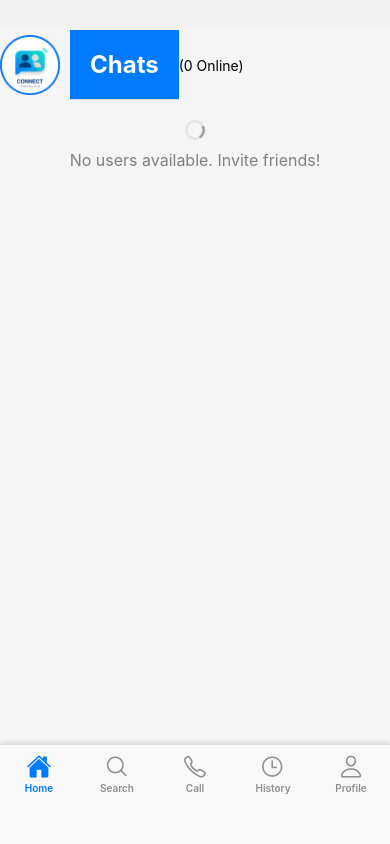
Repository: UdayRaj04/Chatapp_native
Screen: /MainTabs (app in ChatAppFrontend/)
An editor plug-in stored every save of this project. The screen is shown before and after a run of saves, followed by the edit.
The app was drawn by React Native's web renderer in a window 390 px wide. The project was rebuilt for these pictures with package versions that can differ from the ones it lists, and the page was loaded fresh each time. Some packages were replaced by stand-ins written for this rebuild. Also part of the build but not shown: ChatAppFrontend/screens/RegisterScreen.tsx, ChatAppFrontend/screens/ChatScreen.tsx, ChatAppFrontend/screens/SearchScreen.tsx, ChatAppFrontend/screens/AnalyticsScreen.tsx, ChatAppFrontend/screens/HistoryScreen.tsx, ChatAppFrontend/screens/ProfileScreen.tsx.

Above is the screen before, as saved 2025-09-09 17:53:01.

### ChatAppFrontend/App.tsx
import 'react-native-get-random-values';  // Polyfill first
import React from 'react';
import { NavigationContainer } from '@react-navigation/native';
import { createStackNavigator } from '@react-navigation/stack';
import { createBottomTabNavigator } from '@react-navigation/bottom-tabs';
import { Ionicons } from '@expo/vector-icons';
import { LogBox, View } from 'react-native';
import { SafeAreaProvider } from 'react-native-safe-area-context';  // New: For dynamic insets

// Suppress warnings
LogBox.ignoreLogs([
  'Text strings must be rendered within a <Text> component',
  'VirtualizedList: You have a large list that is slow to initial render',
  'Require cycle:',
  /Warning: [A-Za-z ]*Text strings[A-Za-z ]*/,
]);

// Your existing screens
import LoginScreen from './screens/LoginScreen';
import RegisterScreen from './screens/RegisterScreen';
import ChatListScreen from './screens/ChatListScreen';
import ChatScreen from './screens/ChatScreen';

// Placeholder screens (ensure they exist)
import SearchScreen from './screens/SearchScreen';
import AnalyticsScreen from './screens/AnalyticsScreen';
import HistoryScreen from './screens/HistoryScreen';
import ProfileScreen from './screens/ProfileScreen';

const Stack = createStackNavigator();
const Tab = createBottomTabNavigator();

// Main Tab Navigator (enhanced with safe area for no overlap)
function MainTabs() {
  return (
    <Tab.Navigator
      screenOptions={({ route }) => ({
        tabBarIcon: ({ focused, color, size }) => {
          let iconName: keyof typeof Ionicons.glyphMap;

          if (route.name === 'Chats') {
            iconName = focused ? 'home' : 'home-outline';
          } else if (route.name === 'Search') {
            iconName = focused ? 'search' : 'search-outline';
          } else if (route.name === 'Call') {
            iconName = focused ? 'call' : 'call-outline';
          } else if (route.name === 'History') {
            iconName = focused ? 'time' : 'time-outline';
          } else {
            iconName = focused ? 'person' : 'person-outline';
          }

          return <Ionicons name={iconName} size={size} color={color} />;
        },
        tabBarActiveTintColor: '#007AFF',
        tabBarInactiveTintColor: '#8e8e93',
        tabBarStyle: {
          backgroundColor: '#f8f8f8',
          borderTopWidth: 0.5,
          borderTopColor: '#e0e0e0',
          elevation: 8,
          shadowColor: '#000',
          shadowOffset: { width: 0, height: -2 },
          shadowOpacity: 0.1,
          shadowRadius: 4,
          height: 100,  // Increased: Taller tab bar (60 was too tight; 70 + labels)
          paddingBottom: 50,  // Reduced top padding for balance
          paddingTop: 5,
          position: 'absolute',  // Explicit: Ensures absolute positioning
          bottom: 0,  // Pin to bottom
          left: 0,
          right: 0,
          marginBottom: 0,  // No extra margin
        },
        tabBarLabelStyle: {
          fontSize: 10,
          fontWeight: '600',
          marginBottom: 0,  // Tight labels
        },
        headerShown: false,
        lazy: true,
        // New: Apply safe area padding to tab screens (prevents overlap)
        cardStyle: { paddingBottom: 0 },  // No extra card padding
      })}
    >
      <Tab.Screen name="Chats" component={ChatListScreen} options={{ title: 'Home' }} />
      <Tab.Screen name="Search" component={SearchScreen} options={{ title: 'Search' }} />
      <Tab.Screen name="Call" component={AnalyticsScreen} options={{ title: 'Call' }} />
      <Tab.Screen name="History" component={HistoryScreen} options={{ title: 'History' }} />
      <Tab.Screen name="Profile" component={ProfileScreen} options={{ title: 'Profile' }} />
    </Tab.Navigator>
  );
}

// Main App - Wrapped in SafeAreaProvider
export default function App() {
  return (
    <SafeAreaProvider>  {/* New: Enables useSafeAreaInsets() */}
      <View style={{ flex: 1 }}>
        <NavigationContainer>
          <Stack.Navigator
            initialRouteName="Login"
            screenOptions={{
              headerShown: false,
              cardStyle: { backgroundColor: '#f5f5f5' },
            }}
          >
            <Stack.Screen name="Login" component={LoginScreen} />
            <Stack.Screen name="Register" component={RegisterScreen} />
            <Stack.Screen name="MainTabs" component={MainTabs} />
            <Stack.Screen
              name="Chat"
              component={ChatScreen}
              options={{
                headerShown: true,
                headerTitle: 'Chat',
                headerStyle: { backgroundColor: '#007AFF' },
                headerTintColor: '#fff',
                presentation: 'modal',
                // Hide tabs in chat to avoid overlap
                tabBarStyle: { display: 'none' },
              }}
            />
          </Stack.Navigator>
        </NavigationContainer>
      </View>
    </SafeAreaProvider>
  );
}

### ChatAppFrontend/screens/LoginScreen.tsx
import React, { useState } from 'react';
import {
  View,
  TextInput,
  TouchableOpacity,
  Text,
  StyleSheet,
  Alert,
  ActivityIndicator,
  KeyboardAvoidingView,
  Platform,
  Image,  // New: For logo
} from 'react-native';
import { Ionicons } from '@expo/vector-icons';  // For input icons
import { useSafeAreaInsets } from 'react-native-safe-area-context';  // For insets (provider in App.tsx)
import { useNavigation } from '@react-navigation/native';  // For navigation
import AsyncStorage from '@react-native-async-storage/async-storage';
import axios, { AxiosError } from 'axios';

const API_BASE = 'http://192.168.29.93:5000/api';

interface LoginResponse {
  token: string;
  user: {
    id?: string;
    _id?: string;
    username: string;
    email: string;
  };
}

export default function LoginScreen() {
  const [email, setEmail] = useState<string>('');
  const [password, setPassword] = useState<string>('');
  const [loading, setLoading] = useState<boolean>(false);
  const [emailError, setEmailError] = useState<string>('');
  const [passwordError, setPasswordError] = useState<string>('');
  const navigation = useNavigation<any>();
  const insets = useSafeAreaInsets();  // Use insets from root provider

  const validateEmail = (email: string): boolean => {
    const emailRegex = /^[^\s@]+@[^\s@]+\.[^\s@]+$/;
    if (!email) {
      setEmailError('Email is required');
      return false;
    }
    if (!emailRegex.test(email)) {
      setEmailError('Invalid email format');
      return false;
    }
    setEmailError('');
    return true;
  };

  const validatePassword = (password: string): boolean => {
    if (!password) {
      setPasswordError('Password is required');
      return false;
    }
    if (password.length < 6) {
      setPasswordError('Password must be at least 6 characters');
      return false;
    }
    setPasswordError('');
    return true;
  };

  const handleLogin = async (): Promise<void> => {
    if (!validateEmail(email) || !validatePassword(password)) return;

    setLoading(true);
    try {
      const response = await axios.post<LoginResponse>(`${API_BASE}/auth/login`, {
        email,
        password,
      });
      await AsyncStorage.setItem('token', response.data.token);
      await AsyncStorage.setItem('user', JSON.stringify(response.data.user));
      navigation.replace('MainTabs');  // Navigate to tabs on success
    } catch (err) {
      const error = err as AxiosError;
      Alert.alert('Login Failed', error.response?.data?.error || 'Invalid credentials');
    } finally {
      setLoading(false);
    }
  };

  return (
    <KeyboardAvoidingView
      style={[styles.container, { paddingTop: insets.top }]}
      behavior={Platform.OS === 'ios' ? 'padding' : 'height'}
      enabled={true}
    >
      {/* Title with Logo */}
      <View style={styles.titleContainer}>
        {/* New: Bigger Logo */}
        <Image
          source={require('../assets/logos.png')}  // Adjust path if needed (e.g., '../../assets/logo.png')
          style={styles.logo}
          resizeMode="contain"
        />
        <Text style={styles.title}>Seamless Chat</Text>
        <Text style={styles.subtitle}>Welcome back! Sign in to continue</Text>
      </View>

      {/* Form */}
      <View style={styles.formContainer}>
        {/* Email Input */}
        <View style={styles.inputContainer}>
          <Ionicons name="mail" size={24} color="#999" style={styles.inputIcon} />
          <TextInput
            style={[styles.input, emailError ? styles.inputError : null]}
            value={email}
            onChangeText={(text) => {
              setEmail(text);
              if (emailError) validateEmail(text);
            }}
            placeholder="Email"
            keyboardType="email-address"
            autoCapitalize="none"
            onBlur={() => validateEmail(email)}
          />
        </View>
        {emailError ? <Text style={styles.errorText}>{emailError}</Text> : null}

        {/* Password Input */}
        <View style={styles.inputContainer}>
          <Ionicons name="lock-closed" size={24} color="#999" style={styles.inputIcon} />
          <TextInput
            style={[styles.input, passwordError ? styles.inputError : null]}
            value={password}
            onChangeText={(text) => {
              setPassword(text);
              if (passwordError) validatePassword(text);
            }}
            placeholder="Password"
            secureTextEntry={true}
            onBlur={() => validatePassword(password)}
          />
        </View>
        {passwordError ? <Text style={styles.errorText}>{passwordError}</Text> : null}

        {/* Login Button */}
        <TouchableOpacity
          style={[styles.button, loading ? styles.buttonDisabled : null]}
          onPress={handleLogin}
          disabled={loading}
          activeOpacity={0.7}
        >
          {loading ? (
            <ActivityIndicator size="small" color="#fff" />
          ) : (
            <Text style={styles.buttonText}>Login</Text>
          )}
        </TouchableOpacity>

        {/* Register Link */}
        <TouchableOpacity
          style={styles.linkContainer}
          onPress={() => navigation.navigate('Register')}
        >
          <Text style={styles.linkText}>Don't have an account? Register</Text>
        </TouchableOpacity>
      </View>
    </KeyboardAvoidingView>
  );
}

const styles = StyleSheet.create({
  container: {
    flex: 1,
    backgroundColor: '#f5f5f5',
    justifyContent: 'center',
    alignItems: 'center',
  },
  titleContainer: {
    alignItems: 'center',
    marginBottom: 50,  // Increased: More space after logo/title to form
  },
  // New: Logo Style (Bigger, Centered)
  logo: {
    width: 120,  // Bigger size - adjust as needed (e.g., 100 for smaller)
    height: 120,
    marginBottom: 20,  // Space between logo and title
    alignSelf: 'center',
  },
  title: {
    fontSize: 32,
    fontWeight: 'bold',
    color: '#333',
    marginBottom: 5,
  },
  subtitle: {
    fontSize: 16,
    color: '#666',
    textAlign: 'center',
  },
  formContainer: {
    width: '85%',  // Responsive width
    alignItems: 'center',
  },
  inputContainer: {
    flexDirection: 'row',
    alignItems: 'center',
    backgroundColor: '#fff',
    borderRadius: 10,
    marginBottom: 15,
    paddingHorizontal: 15,
    elevation: 2,
    shadowColor: '#000',
    shadowOffset: { width: 0, height: 1 },
    shadowOpacity: 0.1,
    shadowRadius: 2,
    width: '100%',
  },
  inputIcon: {
    marginRight: 10,
  },
  input: {
    flex: 1,
    paddingVertical: 12,
    fontSize: 16,
    color: '#333',
  },
  inputError: {
    borderWidth: 1,
    borderColor: '#ff6b6b',
  },
  errorText: {
    color: '#ff6b6b',
    fontSize: 12,
    marginBottom: 10,
    alignSelf: 'flex-start',
  },
  button: {
    backgroundColor: '#007AFF',
    borderRadius: 10,
    paddingVertical: 15,
    width: '100%',
    alignItems: 'center',
    marginTop: 10,
    elevation: 2,
    shadowColor: '#007AFF',
    shadowOffset: { width: 0, height: 2 },
    shadowOpacity: 0.2,
    shadowRadius: 4,
  },
  buttonDisabled: {
    backgroundColor: '#ccc',
  },
  buttonText: {
    color: '#fff',
    fontSize: 18,
    fontWeight: 'bold',
  },
  linkContainer: {
    marginTop: 20,
    alignItems: 'center',
  },
  linkText: {
    color: '#007AFF',
    fontSize: 16,
    textDecorationLine: 'underline',
  },
});

### ChatAppFrontend/screens/ChatListScreen.tsx
import React, { useState, useEffect } from 'react';
import {
  View,
  FlatList,
  Text,
  TouchableOpacity,
  StyleSheet,
  Alert,
  ActivityIndicator,
  Image,
} from 'react-native';
import { Ionicons } from '@expo/vector-icons';  // New: For user icons (person-circle)
import { useSafeAreaInsets } from 'react-native-safe-area-context';  // From previous (for padding)
import AsyncStorage from '@react-native-async-storage/async-storage';
import axios, { AxiosError } from 'axios';
import io, { Socket } from 'socket.io-client';

const API_BASE = 'http://192.168.29.93:5000/api';

interface User {
  _id: string;
  id?: string;
  username: string;
  email: string;
}

export default function ChatListScreen({ navigation }: { navigation: any }) {
  const [users, setUsers] = useState<User[]>([]);
  const [loading, setLoading] = useState<boolean>(true);
  const [currentUser, setCurrentUser] = useState<User | null>(null);
  const [socket, setSocket] = useState<Socket | null>(null);
  const [onlineUsers, setOnlineUsers] = useState<Set<string>>(new Set());

  // Safe area for dynamic padding (from previous)
  const insets = useSafeAreaInsets();
  const bottomPadding = Math.max(120, insets.bottom + 70);

  useEffect(() => {
    loadUser();
    fetchUsers();

    const initSocket = async () => {
      const token = await AsyncStorage.getItem('token');
      if (token) {
        const newSocket = io(API_BASE.replace('/api', ''), {
          auth: { token },
        });
        setSocket(newSocket);
        newSocket.on('connect_error', () => Alert.alert('Socket Error', 'Connection failed'));

        newSocket.on('userOnline', (data) => {
          console.log('User online:', data.userId);
          setOnlineUsers((prev) => new Set([...prev, data.userId]));
        });

        newSocket.on('userOffline', (data) => {
          console.log('User offline:', data.userId);
          setOnlineUsers((prev) => {
            const newSet = new Set(prev);
            newSet.delete(data.userId);
            return newSet;
          });
        });

        newSocket.on('onlineUsersList', (data) => {
          console.log('Initial online users:', data.onlineUsers);
          setOnlineUsers(new Set(data.onlineUsers));
        });

        newSocket.on('connect', () => {
          console.log('Socket connected - requesting online users');
          newSocket.emit('getOnlineUsers');
        });
      }
    };
    initSocket();

    return () => {
      socket?.disconnect();
    };
  }, []);

  const loadUser = async (): Promise<void> => {
    const userStr = await AsyncStorage.getItem('user');
    if (userStr) {
      setCurrentUser(JSON.parse(userStr));
    }
    setLoading(false);
  };

  const fetchUsers = async (): Promise<void> => {
    const token = await AsyncStorage.getItem('token');
    if (!token) return;
    try {
      const response = await axios.get<User[]>(`${API_BASE}/users`, {
        headers: { Authorization: `Bearer ${token}` },
      });
      const validUsers = response.data.filter(u =>
        u && u.username && (u._id || u.id) && typeof u.username === 'string'
      );
      setUsers(validUsers);
    } catch (err) {
      const error = err as AxiosError;
      Alert.alert('Error', error.response?.data?.error || 'Failed to load users');
    }
  };

  const startChat = (otherUser: User): void => {
    const userId = otherUser.id || otherUser._id;
    console.log('Starting chat with userId:', userId);
    if (!userId) {
      Alert.alert('Error', 'Invalid user data');
      return;
    }
    navigation.navigate('Chat', {
      otherUserId: userId,
      otherUserName: otherUser.username,
    });
  };

  const renderUser = ({ item }: { item: User }): JSX.Element => {
    if (!item || !item.username || !(item._id || item.id)) {
      return (
        <View style={styles.userItem}>
          <View style={styles.userContent}>
            <Text style={styles.username}>Invalid user entry</Text>
          </View>
        </View>
      );
    }
    const userId = item.id || item._id;
    const isOnline = onlineUsers.has(userId);
    const userIdShort = userId.substring(0, 8) + '...';
    return (
      <TouchableOpacity onPress={() => startChat(item)} style={styles.userItem} activeOpacity={0.7}>
        <View style={styles.userContent}>
          {/* New: User icon on left */}
          <View style={styles.iconContainer}>
            <Ionicons
              name="person-circle"
              size={50}
              color={isOnline ? '#007AFF' : '#ccc'}  // Green for online, gray for offline
            />
            {/* Optional: Small online dot (green circle below icon) */}
            {isOnline && (
              <View style={styles.onlineDot} />
            )}
          </View>
          {/* Text content on right */}
          <View style={styles.textContent}>
            <Text style={styles.username}>{item.username}</Text>
            {isOnline && <Text style={styles.onlineBadge}>Online</Text>}
            <Text style={styles.idText}>{"(ID: " + userIdShort + ")"}</Text>
          </View>
        </View>
      </TouchableOpacity>
    );
  };

  const renderEmpty = (): JSX.Element => (
    <View style={[styles.emptyContainer, { paddingBottom: bottomPadding }]}>
      <ActivityIndicator size="small" color="#999" />
      <Text style={styles.emptyText}>No users available. Invite friends!</Text>
    </View>
  );

  if (loading) {
    return (
      <View style={styles.loadingContainer}>
        <ActivityIndicator size="large" color="#0000ff" />
        <Text style={styles.loadingText}>Loading chats...</Text>
      </View>
    );
  }

  return (
    <View style={styles.container}>
      <View style={{
  flexDirection: 'row',       // 👈 Arrange items in a row
  alignItems: 'center',       // 👈 Vertically center icon & text
  marginRight: 12,
}}>
  <Image
    source={require('../assets/logos.png')}
    style={{ height: 60, width: 60, marginRight: 10 }}  // 👈 space between logo & text
  />
  <Text style={styles.title}>
    Chats
  </Text>
  <Text style={styles.title1}>
    ({onlineUsers.size} Online)
  </Text>
</View>
      <FlatList
        data={users}
        keyExtractor={(item, index) => (item._id || item.id || index.toString())}
        renderItem={renderUser}
        ListEmptyComponent={renderEmpty}
        contentContainerStyle={[styles.listContent, { paddingBottom: bottomPadding }]}
        style={{ flex: 1 }}
        keyboardShouldPersistTaps="handled"
        bounces={true}
        showsVerticalScrollIndicator={true}
        initialNumToRender={10}
        maxToRenderPerBatch={5}
        windowSize={10}
        removeClippedSubviews={true}
        extraData={users}
        getItemLayout={(data, index) => ({ length: 70, offset: 70 * index, index })}
      />
    </View>
  );
}

const styles = StyleSheet.create({
  container: {
    marginTop: 30,
    flex: 1,
    backgroundColor: '#f5f5f5',
  },
  title: {
    fontSize: 24,
    fontWeight: 'bold',
    padding: 20,
    color: '#ffffffff',
    textAlign: 'center',
    backgroundColor: '#007AFF',
    borderBottomWidth: 1,
    borderBottomColor: '#ddd',
    elevation: 2,

  },
  loadingContainer: {
    flex: 1,
    justifyContent: 'center',
    alignItems: 'center',
  },
  loadingText: {
    marginTop: 10,
    fontSize: 16,
    color: '#666',
  },
  listContent: {
    paddingHorizontal: 10,
  },
  userItem: {
    backgroundColor: '#fff',
    marginVertical: 5,
    marginHorizontal: 10,
    borderRadius: 10,
    padding: 15,
    elevation: 2,
    shadowColor: '#000',
    shadowOffset: { width: 0, height: 1 },
    shadowOpacity: 0.2,
    shadowRadius: 1.41,
    // New: Taller for icon row
    minHeight: 70,
  },
  userContent: {
    flex: 1,
    flexDirection: 'row',  // New: Row for icon + text
    alignItems: 'center',  // New: Vertical center
  },
  // New: Icon container (left side)
  iconContainer: {
    marginRight: 15,  // Space between icon and text
    position: 'relative',  // For online dot positioning
  },
  // New: Text content wrapper (right side)
  textContent: {
    flex: 1,  // Take remaining space
    flexDirection: 'column',  // Stack username, badge, ID
    justifyContent: 'flex-start',
  },
  username: {
    fontSize: 18,
    fontWeight: 'bold',
    marginBottom: 2,  // Small space before badge/ID
  },
  onlineBadge: {
    fontSize: 12,
    color: '#007AFF',
    fontWeight: 'bold',
    marginBottom: 2,
  },
  idText: {
    fontSize: 12,
    color: 'gray',
  },
  // New: Online status dot (small green circle under icon)
  onlineDot: {
    position: 'absolute',
    bottom: 0,
    right: 0,
    width: 12,
    height: 12,
    borderRadius: 6,
    backgroundColor: '#007AFF',
    borderWidth: 2,
    borderColor: '#fff',  // White border for visibility
  },
  emptyContainer: {
    justifyContent: 'center',
    alignItems: 'center',
    padding: 20,
  },
  emptyText: {
    fontSize: 16,
    color: 'gray',
    textAlign: 'center',
    marginTop: 10,
  },
});

Loaded but not shown: ChatAppFrontend/index.ts (common file)

After the next 3 saves:
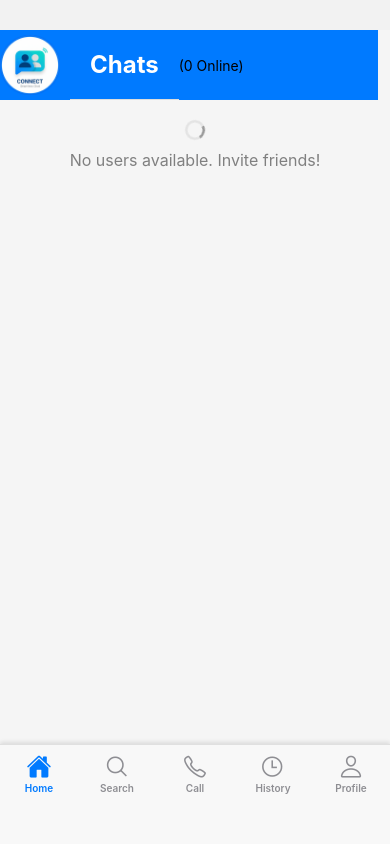
The 3 saves are shown as one change because they came seconds apart.
The last was saved 18 s later.
--- a/ChatAppFrontend/screens/ChatListScreen.tsx
+++ b/ChatAppFrontend/screens/ChatListScreen.tsx
@@ -179,6 +179,7 @@ export default function ChatListScreen({ navigation }: { navigation: any }) {
   flexDirection: 'row',       // 👈 Arrange items in a row
   alignItems: 'center',       // 👈 Vertically center icon & text
   marginRight: 12,
+  backgroundColor: '#007AFF',
 }}>
   <Image
     source={require('../assets/logos.png')}
